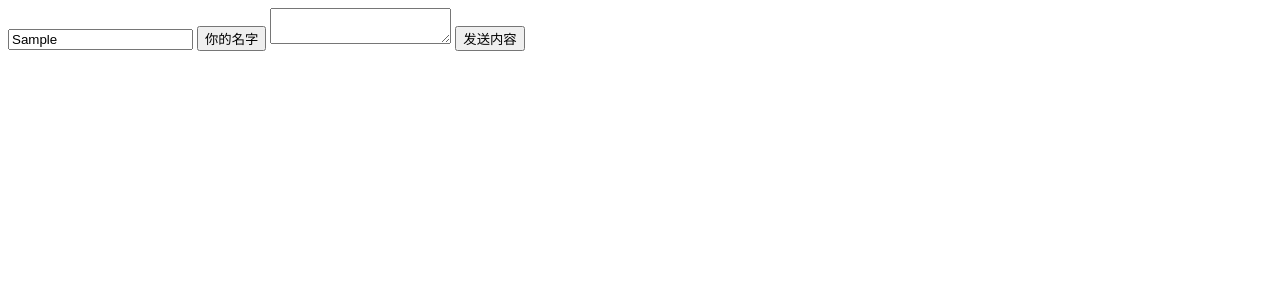
Repository: wyy511/node-socket.io
Page: client.html
The author's editor kept a copy of each file at every save. The page is drawn from the files as they stood at one save, then again after the next save.
The browser window is 1280 px wide. The pictures show the whole page.
Empty fields were first filled with sample values (such as "Sample", 5 or name@example.com).
After loading, the first visible `#messageBtn` was clicked once.
The page's requests for data from a server got no answer. Some web libraries are served in a nearby version.

Above is the page before, as saved 2019-11-20 20:17:22.

### client.html
<!DOCTYPE html>
<html lang="en">
<head>
  <meta charset="UTF-8">
  <meta name="viewport" content="width=device-width, initial-scale=1.0">
  <meta http-equiv="X-UA-Compatible" content="ie=edge">
  <title>吴瑶瑶的聊天室</title>
</head>
<body>
  <input id="rename"></input>
  <button id="renameBtn">你的名字</button>
  <textarea id="message"></textarea>
  <button id="messageBtn">发送内容</button>
  <script type="text/javascript" src="https://cdn.bootcss.com/socket.io/2.3.0/socket.io.js"></script>
  <script type="text/javascript">
    const socket = io.connect('/');
    const renameBtn = document.getElementById('renameBtn');
    const messageBtn = document.getElementById('messageBtn');
    messageBtn.onclick = () => {
      const val = document.getElementById('message').value;
      if (!val) return;
      socket.send(val)
      document.getElementById('message').value = '';
    }
    renameBtn.onclick = () => {
      const newName = document.getElementById('rename').value;
      socket.emit('chat message', 'sss');
      // socket.emit('changeName', { name: newName }, function (result) {
      //   console.log(newName)
      //   if (!result) {
      //     return alert('There was an error changing your name');
      //   }
      //   console.log(result)
      //   // var users = _this.state.users;

      //   // var index = users.indexOf(oldName);
      //   // users.splice(index, 1, newName);
      //   // _this.setState({ users: users, user: newName });
      // });
    }
    // 如果客户端监听到socket消息，那么执行这个方法里的回调，且得到广播的消息
    // socket.on("message", (msg) => {
    //   if (!msg) return;
    //   const p = document.createElement("p");
    //   p.innerText = msg;
    //   document.body.appendChild(p);
    // })
  </script>
</body>
</html>

After the next save:
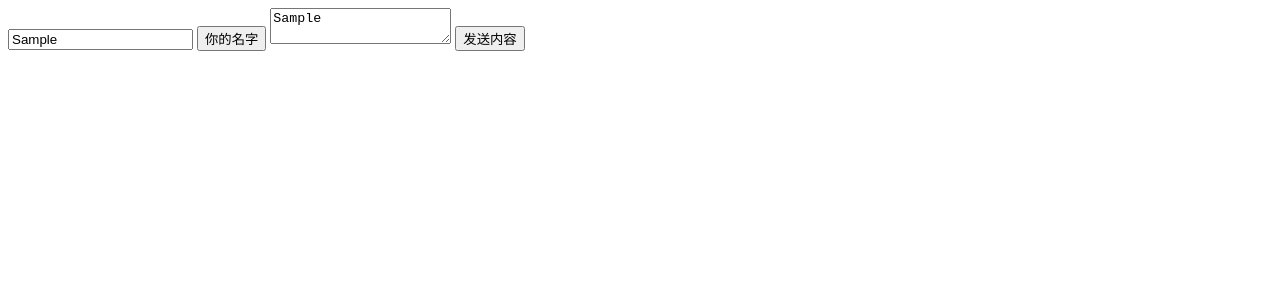
Console error: TypeError: io.emit is not a function
Saved 25 s later.
--- a/client.html
+++ b/client.html
@@ -19,7 +19,8 @@
     messageBtn.onclick = () => {
       const val = document.getElementById('message').value;
       if (!val) return;
-      socket.send(val)
+      // socket.send(val)
+      io.emit("message", val);
       document.getElementById('message').value = '';
     }
     renameBtn.onclick = () => {
@@ -39,12 +40,12 @@
       // });
     }
     // 如果客户端监听到socket消息，那么执行这个方法里的回调，且得到广播的消息
-    // socket.on("message", (msg) => {
-    //   if (!msg) return;
-    //   const p = document.createElement("p");
-    //   p.innerText = msg;
-    //   document.body.appendChild(p);
-    // })
+    socket.on("message", (msg) => {
+      if (!msg) return;
+      const p = document.createElement("p");
+      p.innerText = msg;
+      document.body.appendChild(p);
+    })
   </script>
 </body>
 </html>

After the save that followed:
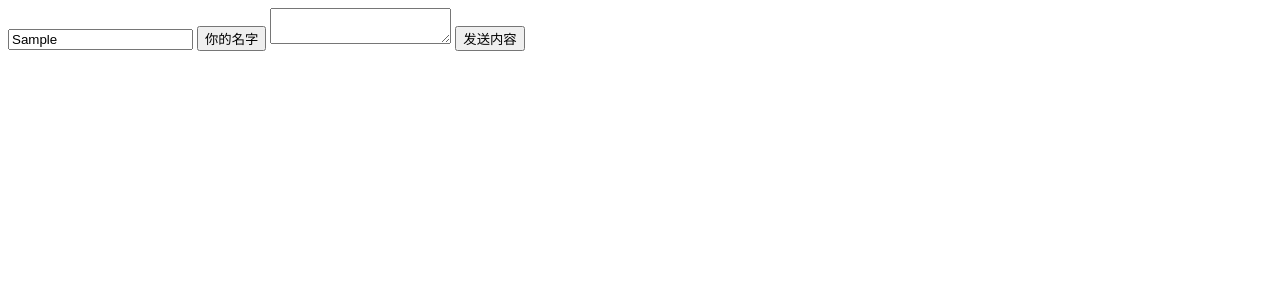
The error is gone.
Saved 16 s later.
--- a/client.html
+++ b/client.html
@@ -20,7 +20,7 @@
       const val = document.getElementById('message').value;
       if (!val) return;
       // socket.send(val)
-      io.emit("message", val);
+      socket.emit("message", val);
       document.getElementById('message').value = '';
     }
     renameBtn.onclick = () => {
